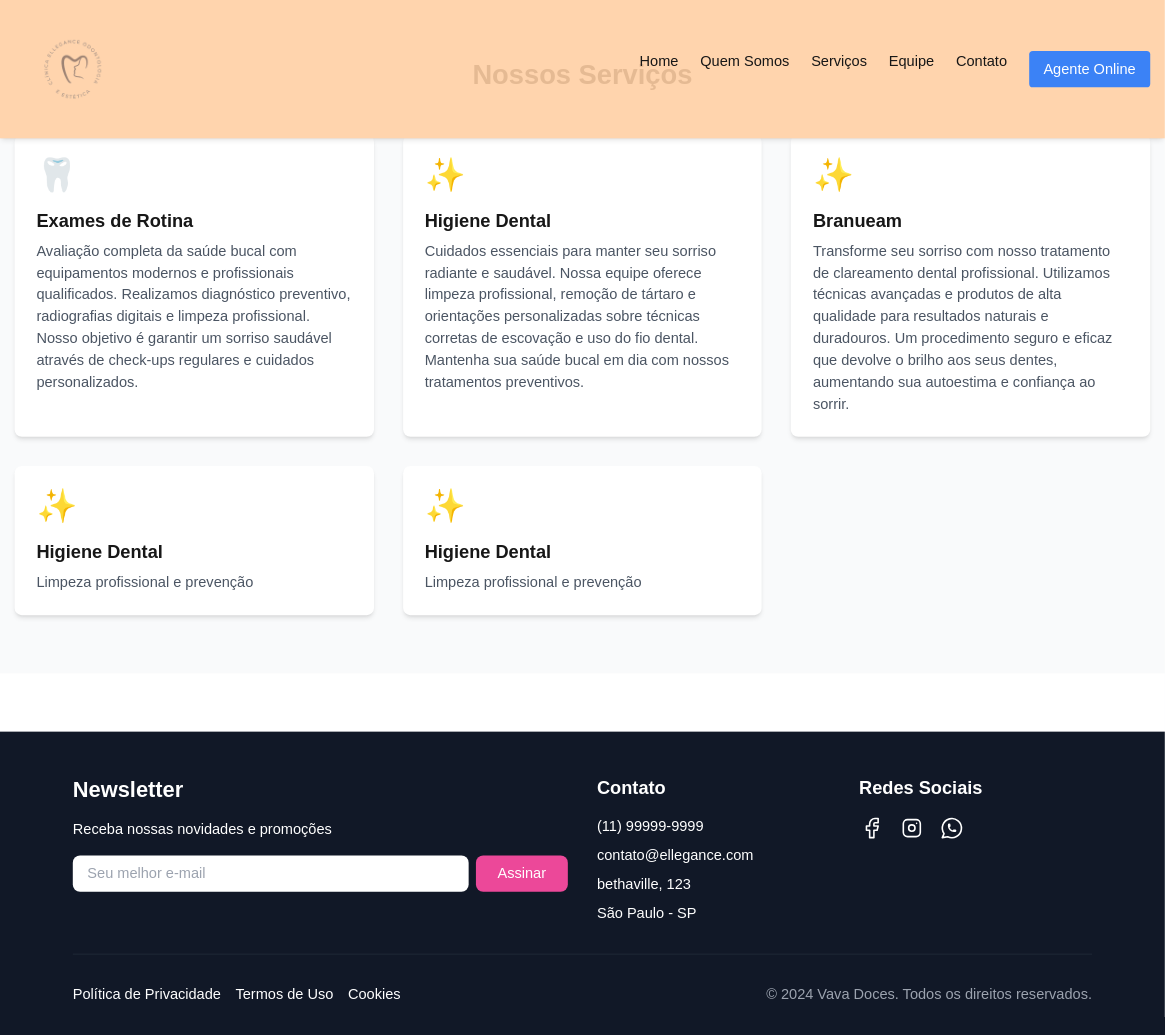
Repository: francisguitt/ellegance_odontologia
Page: /services_
These files come from the project's save history. The page is drawn as it stood at one moment and after a run of saves; the edit follows.
The browser window is 1280 px wide. The pictures show the whole page, at 91% of full size.
The project was rebuilt for these pictures with package versions that can differ from the ones it lists, and the page was loaded fresh each time. The framework's server and built-in components were replaced by stand-ins that run in the browser. Also part of the build but not shown: next.config.mjs.

Above is the page before, as saved 2025-02-22 12:43:18.

After the next 2 saves:
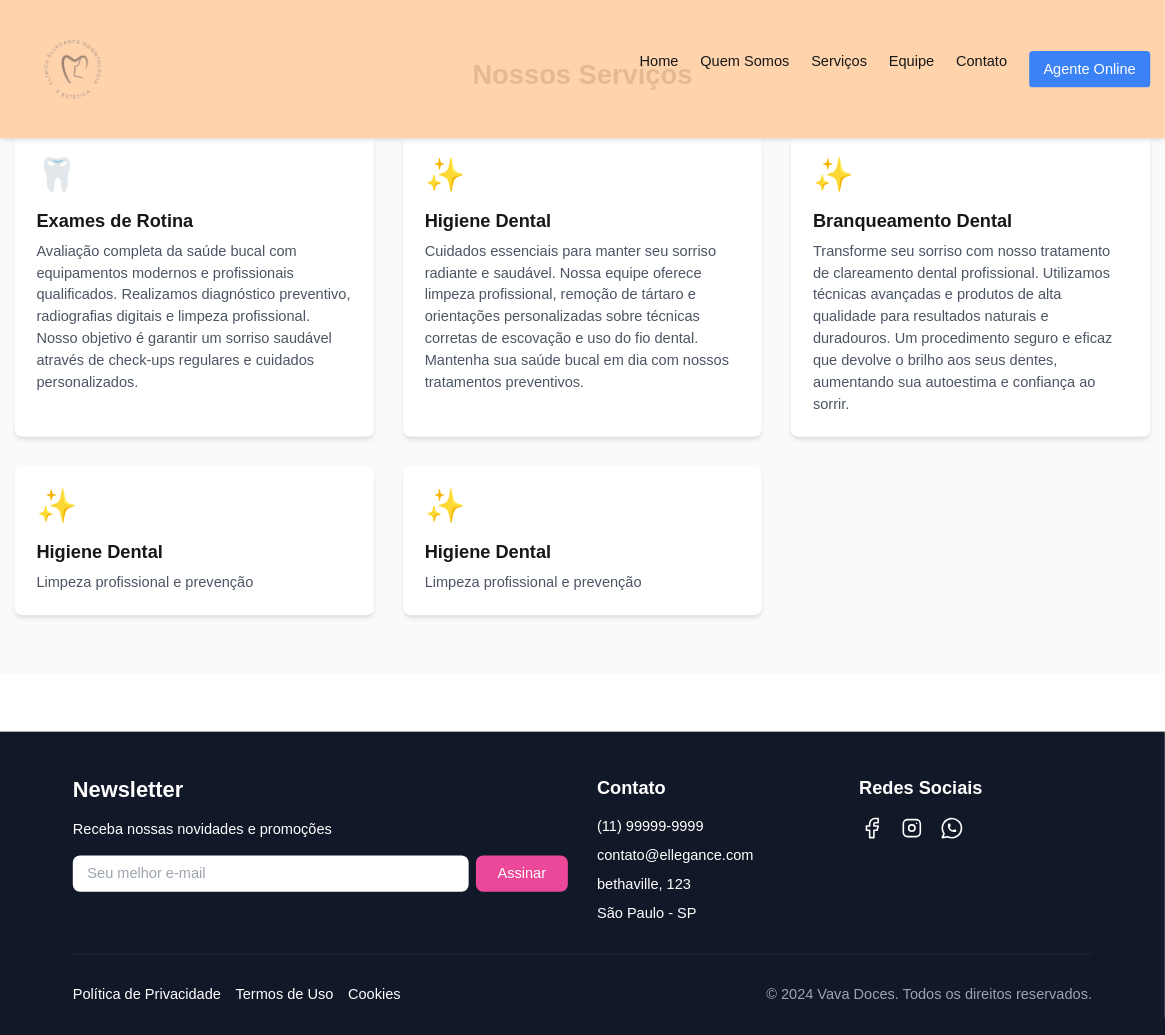
The 2 saves are shown as one change because they came seconds apart.
The last was saved 7 s later.
--- a/src/app/services_/page.tsx
+++ b/src/app/services_/page.tsx
@@ -11,7 +11,7 @@ const Services = () => {
         icon: '✨'
       },
       {
-        title: 'Branueam',
+        title: 'Branqueamento Dental',
         description: 'Transforme seu sorriso com nosso tratamento de clareamento dental profissional. Utilizamos técnicas avançadas e produtos de alta qualidade para resultados naturais e duradouros. Um procedimento seguro e eficaz que devolve o brilho aos seus dentes, aumentando sua autoestima e confiança ao sorrir.',
         icon: '✨'
       },
